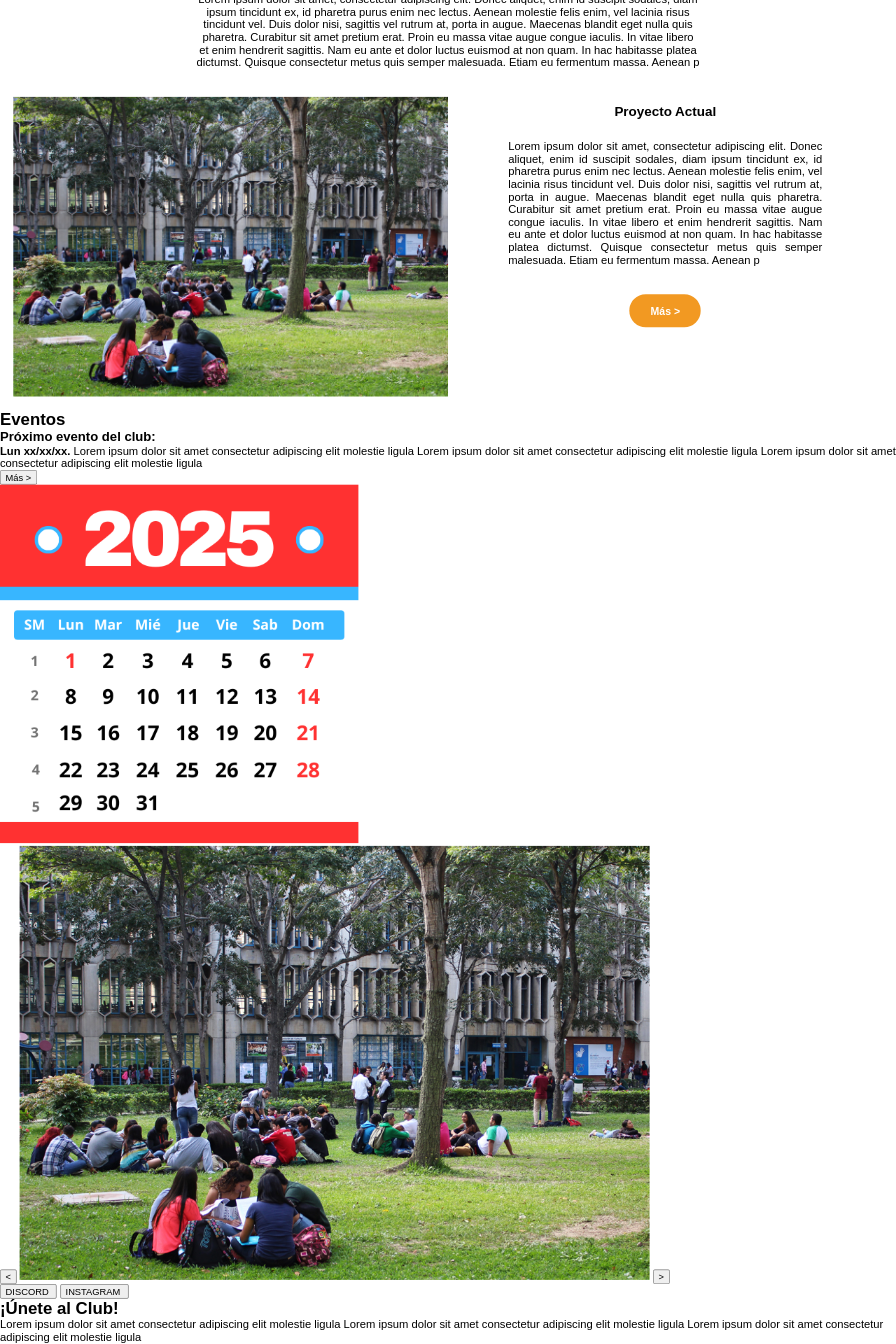
Repository: LuisR404/LandingPage
Page: Pages/QuienesSomos.html
These files come from the project's save history. The page is drawn as it stood at one moment and after the next save; the edit follows.
The browser window is 1280 px wide. The pictures show the part of the page from y = 658 to 2578 px (the page is 2578 px tall before and 2467 px after), at 70% of full size.

Above is the page before, as saved 2025-11-10 14:11:31.

After the next save:
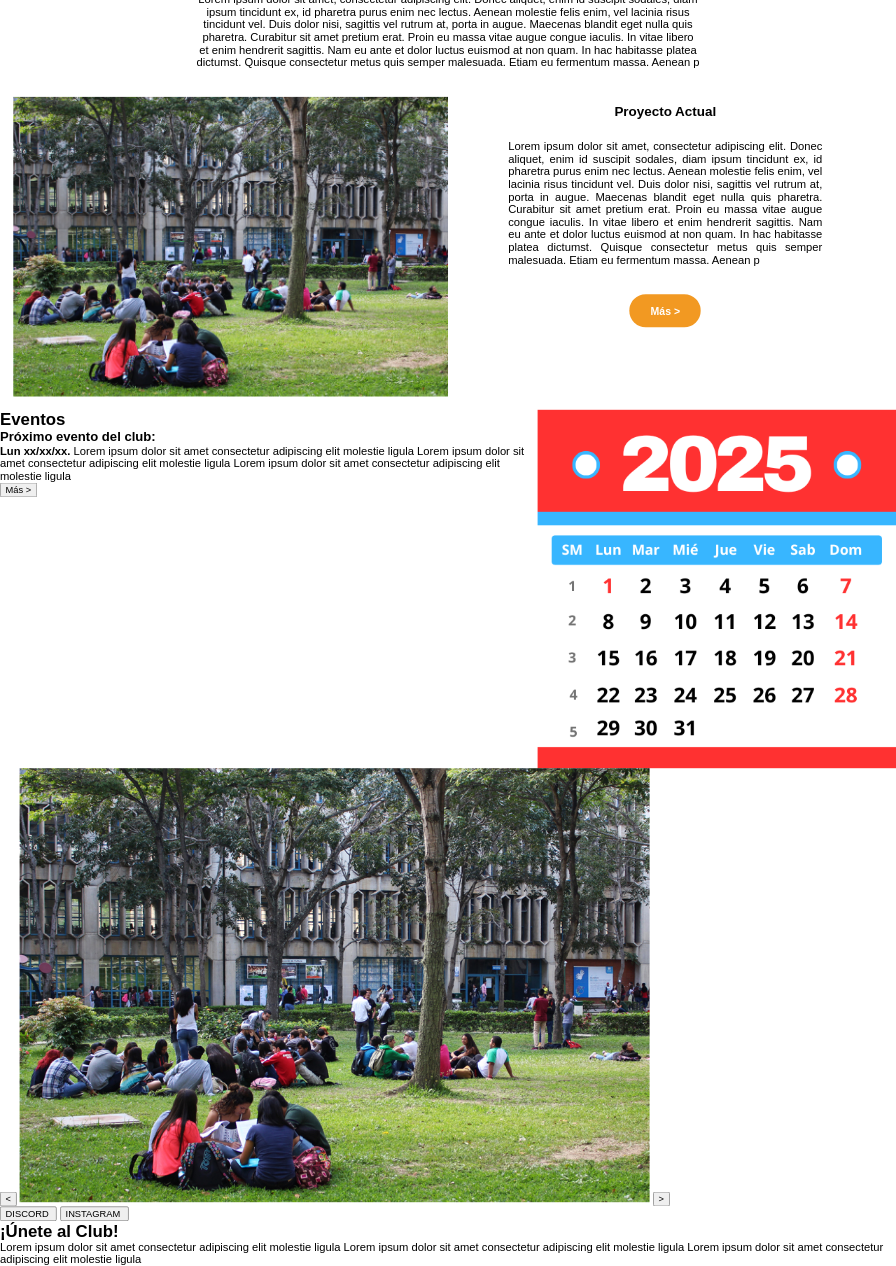
Saved 23 s later.
--- a/Styles/QuienesSomos.css
+++ b/Styles/QuienesSomos.css
@@ -253,3 +253,9 @@
     border-radius: 25px;
     background-color: #F29922;
 }
+
+/* =========== EVENTOS =========== */
+
+.eventos {
+    display: flex;
+}
